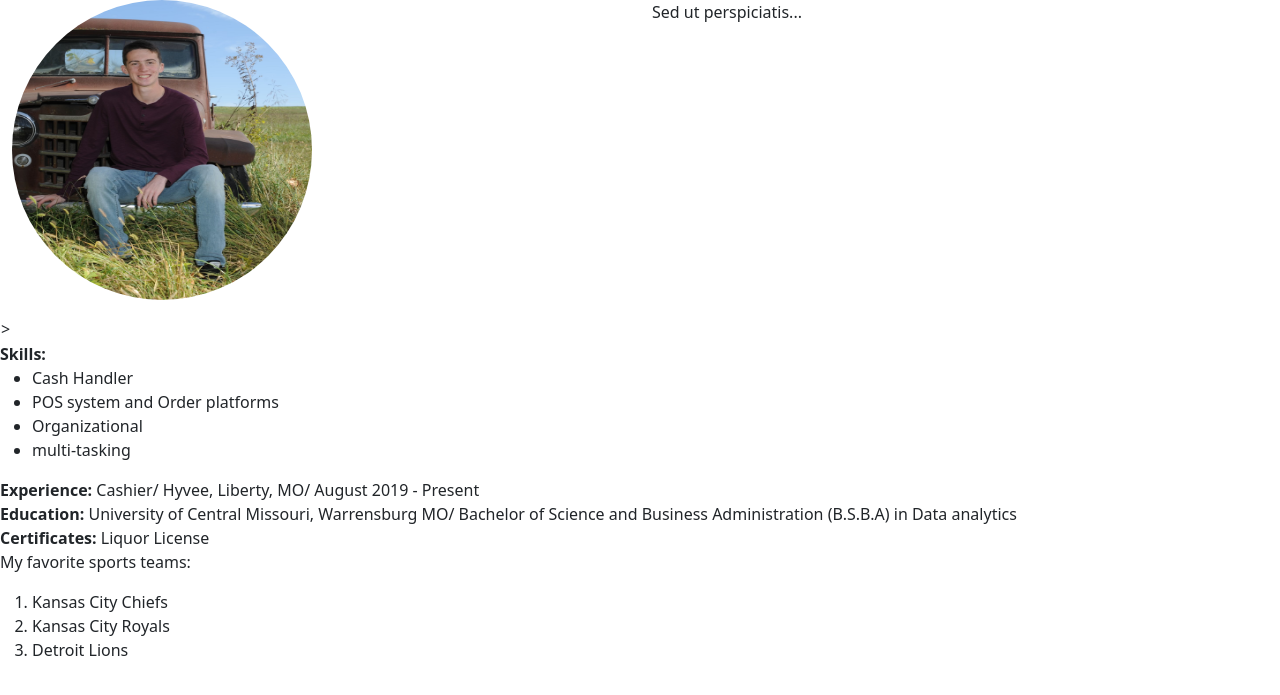
Repository: nds91400/spring-2023-cis2625-serverless
Page: lesson8/index.html
The author's editor kept a record of every edit. The page is drawn from the files as they stood at one moment, then again after the next edit.
The browser window is 1280 px wide. The pictures show the whole page.

Above is the page before.

### lesson8/index.html
<!doctype html>
<html lang="en">
  <head>
    <meta charset="utf-8">
    <meta name="viewport" content="width=device-width, initial-scale=1">
    <title>Bootstrap demo</title>
    <link href="https://cdn.jsdelivr.net/npm/bootstrap@5.3.0-alpha1/dist/css/bootstrap.min.css" rel="stylesheet" integrity="sha384-GLhlTQ8iRABdZLl6O3oVMWSktQOp6b7In1Zl3/Jr59b6EGGoI1aFkw7cmDA6j6gD" crossorigin="anonymous">
  </head>
  <body>
      <div class="container-fluid">
  <div class="row">
    <div class="col-sm-3 col-md-6">
      <p><img src="img/Saluri1.jpg" class="rounded-circle" alt="Nate Saluri Picture" height="300" width="300"</p>
    </div>
    <div class="col-sm-9 col-md-6">
      <p>Sed ut perspiciatis...</p>
    </div>
    <div class="row">
        <div class="col-sm">

        </div>
    </div>
  </div>
</div>

<table name="top" id="top">
<tr>
<td>></td>
<td>
</td>
</tr>
</table>

<b>Skills:</b>
<ul><li>Cash Handler</li>
<li>POS system and Order platforms</li>
<li>Organizational</li>
<li>multi-tasking</li>
</ul>
<b>Experience:</b> Cashier/ Hyvee, Liberty, MO/ August 2019 - Present </br>
<b>Education:</b> University of Central Missouri, Warrensburg MO/ Bachelor of Science and Business Administration (B.S.B.A) in Data analytics </br>
<b>Certificates:</b> Liquor License </br>

<p>My favorite sports teams:</p>
<ol>
    <li>Kansas City Chiefs</li>
    <li>Kansas City Royals</li>
    <li>Detroit Lions</li>
</ol>


</body>
</html>

After the next edit:
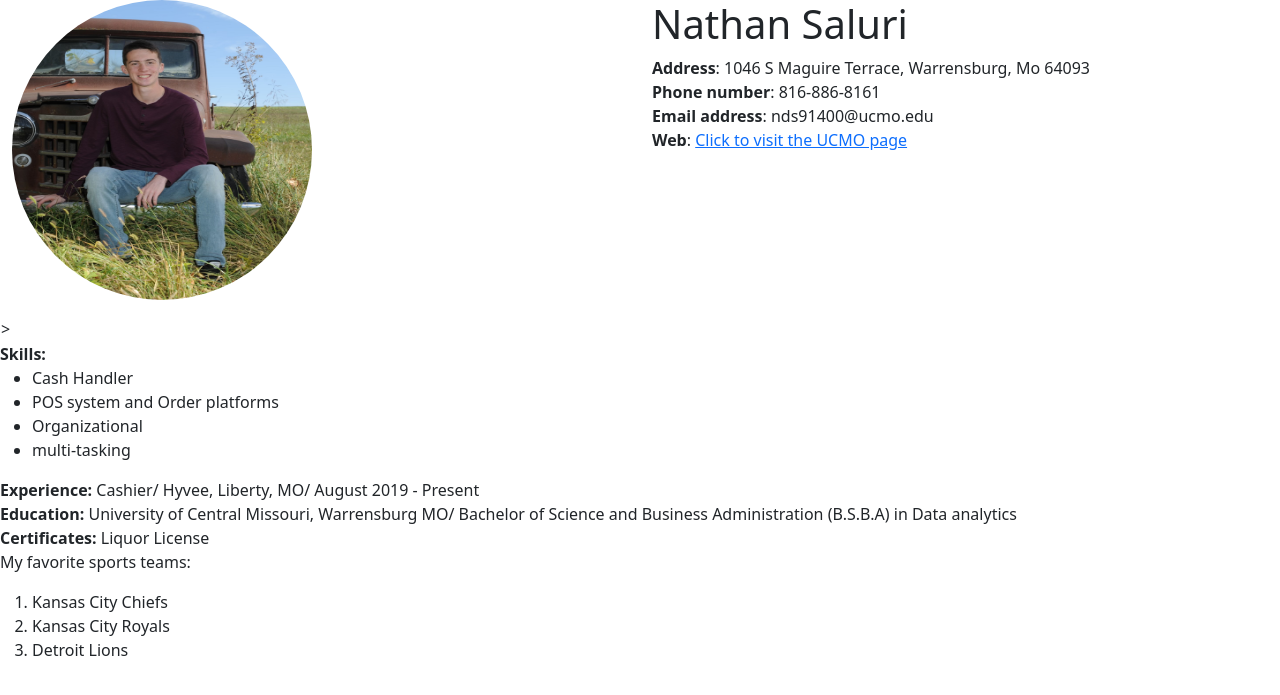
The edit:
--- a/lesson8/index.html
+++ b/lesson8/index.html
@@ -13,7 +13,11 @@
       <p><img src="img/Saluri1.jpg" class="rounded-circle" alt="Nate Saluri Picture" height="300" width="300"</p>
     </div>
     <div class="col-sm-9 col-md-6">
-      <p>Sed ut perspiciatis...</p>
+    <h1>Nathan Saluri</h1>
+<b>Address</b>: 1046 S Maguire Terrace, Warrensburg, Mo 64093</br>
+<b>Phone number</b>: 816-886-8161</br>
+<b>Email address</b>: nds91400@ucmo.edu</br>
+<b>Web</b>: <a href="http://www.ucmo.edu">Click to visit the UCMO page</a></br></p>
     </div>
     <div class="row">
         <div class="col-sm">
